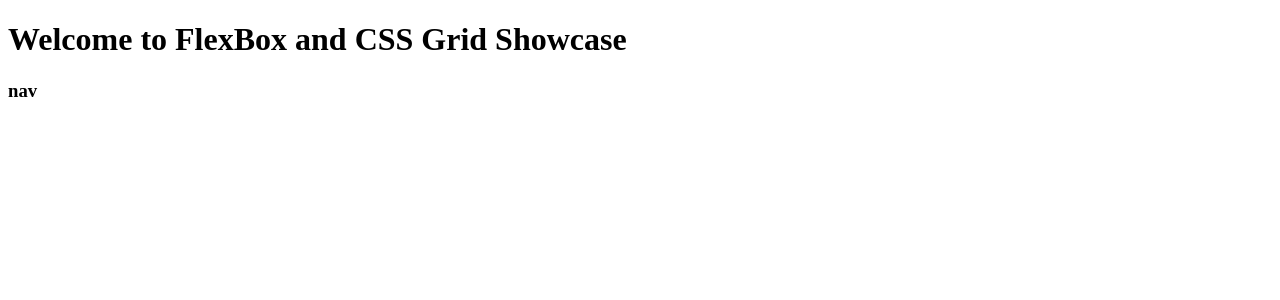
Repository: Awhit-commits/CSS_GRID_AND_FLEXBOX_LESSON
Page: index.html
The author's editor kept a copy of each file at every save. The page is drawn from the files as they stood at one save, then again after the next save.
The browser window is 1280 px wide. The pictures show the whole page.

Above is the page before, as saved 2020-12-21 09:57:23.

After the next save:
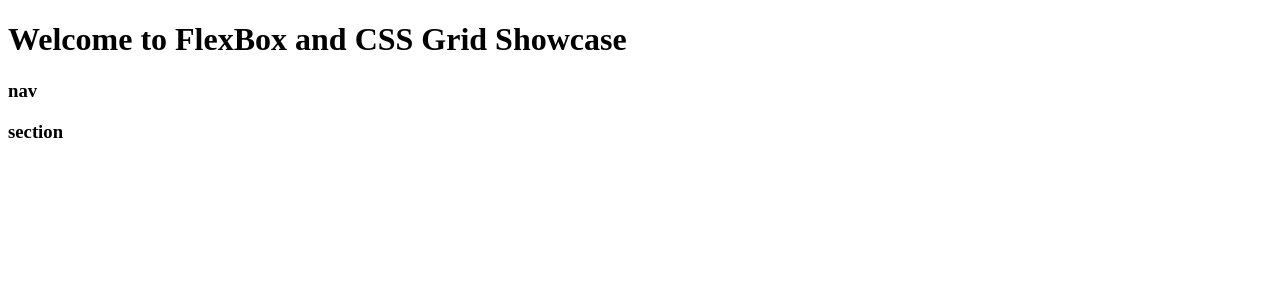
Saved 8 s later.
--- a/index.html
+++ b/index.html
@@ -13,7 +13,7 @@
 
         </div>
         <div class="nav"><h3>nav</h3></div>
-        <div class="section"></div>
+        <div class="section"><h3>section</h3></div>
         <div class="article"></div>
         <div class="aside"></div>
         <div class="footer"></div>
